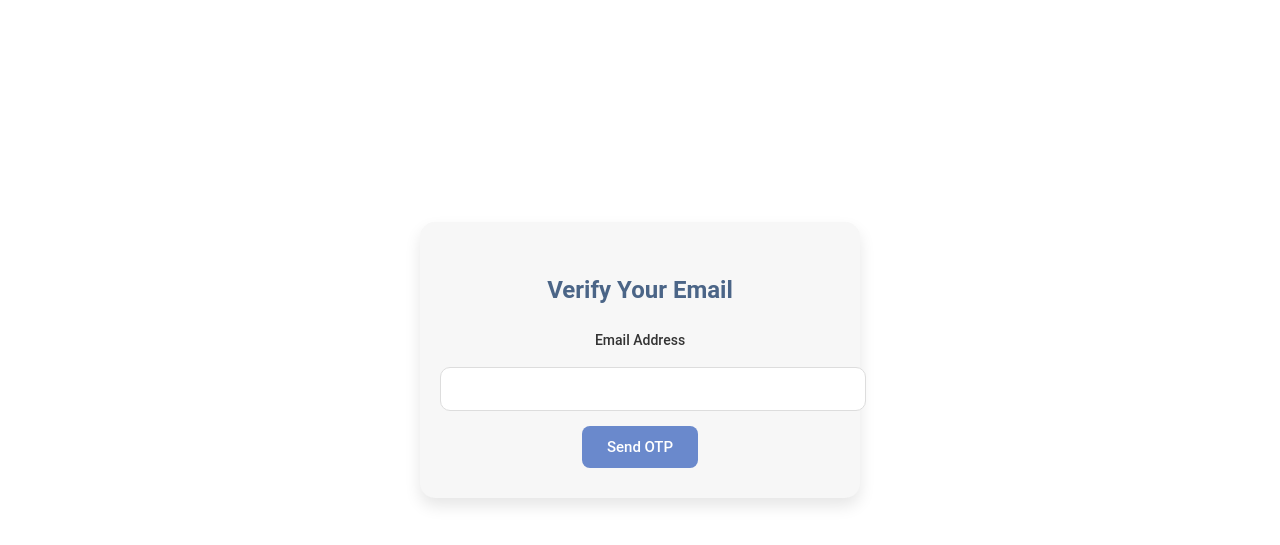
Repository: sarathraj2002/MockTest
Page: / (app in Frontend/)
The author's editor kept a copy of each file at every save. The page is drawn from the files as they stood at one save, then again after the next save.
The browser window is 1280 px wide. The pictures show the whole page.
The project was rebuilt for these pictures with package versions that can differ from the ones it lists, and the page was loaded fresh each time. Also part of the build but not shown: Frontend/vite.config.js.

Above is the page before, as saved 2024-11-13 12:30:00.

### Frontend/index.html
<!doctype html>
<html lang="en">
  <head>
    <meta charset="UTF-8" />
    <link rel="icon" type="image/svg+xml" href="/vite.svg" />
    <meta name="viewport" content="width=device-width, initial-scale=1.0" />
    <title>MockTest</title>
  </head>
  <body>
    <div id="root"></div>
    <script type="module" src="/src/main.jsx"></script>
  </body>
</html>

### Frontend/src/App.jsx
import { useState } from 'react'
import './App.css'
import Otp from './components/Otp'

function App() {
  const [count, setCount] = useState(0)

  return (
    <>
      <Otp/>
    </>
  )
}

export default App

### Frontend/src/components/Otp.jsx
import React, { useState } from "react";
import axios from "axios";

const Otp = () => {
  const [step, setStep] = useState(1);
  const [email, setEmail] = useState("");
  const [otp, setOtp] = useState("");

  const handleEmailSubmit = async (e) => {
    e.preventDefault();
    try {
      const response = await axios.post("http://localhost:5000/api/send-otp", { email });
      if (response.status === 200) {
        alert("OTP sent to your email!");
        setStep(2);
      }
    } catch (error) {
      alert("Error sending OTP. Please try again.");
    }
  };

  const handleOtpSubmit = async (e) => {
    e.preventDefault();
    try {
      const response = await axios.post("http://localhost:5000/verify-otp", { email, otp });
      if (response.data.success) {
        alert("OTP verified! Redirecting to Welcome page...");
        setStep(3);
      } else {
        alert("Invalid OTP. Please try again.");
      }
    } catch (error) {
      alert("Error verifying OTP. Please try again.");
    }
  };

  return (
    <div
      style={{
        maxWidth: "400px",
        margin: "auto",
        padding: "30px 20px",
        textAlign: "center",
        fontFamily: "'Roboto', sans-serif",
        background: "#f7f7f7",
        borderRadius: "15px",
        boxShadow: "0 8px 16px rgba(0, 0, 0, 0.1)",
        color: "#333",
      }}
    >
      {step === 1 && (
        <form onSubmit={handleEmailSubmit}>
          <h2 style={{ marginBottom: "20px", color: "#4B6587" }}>Verify Your Email</h2>
          <label style={{ fontSize: "14px", fontWeight: "500" }}>Email Address</label>
          <input
            type="email"
            value={email}
            onChange={(e) => setEmail(e.target.value)}
            required
            style={{
              width: "100%",
              padding: "12px",
              margin: "15px 0",
              borderRadius: "10px",
              border: "1px solid #ddd",
              outline: "none",
              fontSize: "16px",
            }}
          />
          <button
            type="submit"
            style={{
              padding: "12px 25px",
              cursor: "pointer",
              backgroundColor: "#6a89cc",
              border: "none",
              borderRadius: "8px",
              color: "white",
              fontWeight: "500",
              fontSize: "15px",
              transition: "background 0.3s ease",
            }}
            onMouseOver={(e) => (e.target.style.backgroundColor = "#4a69bd")}
            onMouseOut={(e) => (e.target.style.backgroundColor = "#6a89cc")}
          >
            Send OTP
          </button>
        </form>
      )}

      {step === 2 && (
        <form onSubmit={handleOtpSubmit}>
          <h2 style={{ marginBottom: "20px", color: "#4B6587" }}>Enter OTP</h2>
          <label style={{ fontSize: "14px", fontWeight: "500" }}>OTP Code</label>
          <input
            type="text"
            value={otp}
            onChange={(e) => setOtp(e.target.value)}
            required
            style={{
              width: "100%",
              padding: "12px",
              margin: "15px 0",
              borderRadius: "10px",
              border: "1px solid #ddd",
              outline: "none",
              fontSize: "16px",
            }}
          />
          <button
            type="submit"
            style={{
              padding: "12px 25px",
              cursor: "pointer",
              backgroundColor: "#38ada9",
              border: "none",
              borderRadius: "8px",
              color: "white",
              fontWeight: "500",
              fontSize: "15px",
              transition: "background 0.3s ease",
            }}
            onMouseOver={(e) => (e.target.style.backgroundColor = "#079992")}
            onMouseOut={(e) => (e.target.style.backgroundColor = "#38ada9")}
          >
            Verify OTP
          </button>
        </form>
      )}

      {step === 3 && (
        <div>
          <h2 style={{ marginBottom: "10px", color: "#38ada9" }}>🎉 Welcome! 🎉</h2>
          <p style={{ fontSize: "16px", fontWeight: "500", color: "#4B6587" }}>
            You have successfully verified your email.
          </p>
          <p style={{ fontSize: "14px", color: "#7f8c8d" }}>
            Thank you for using our service!
          </p>
        </div>
      )}
    </div>
  );
};

export default Otp;

Loaded but not shown: Frontend/src/main.jsx (common file); Frontend/src/index.css (common file); Frontend/src/App.css (common file)

After the next save:
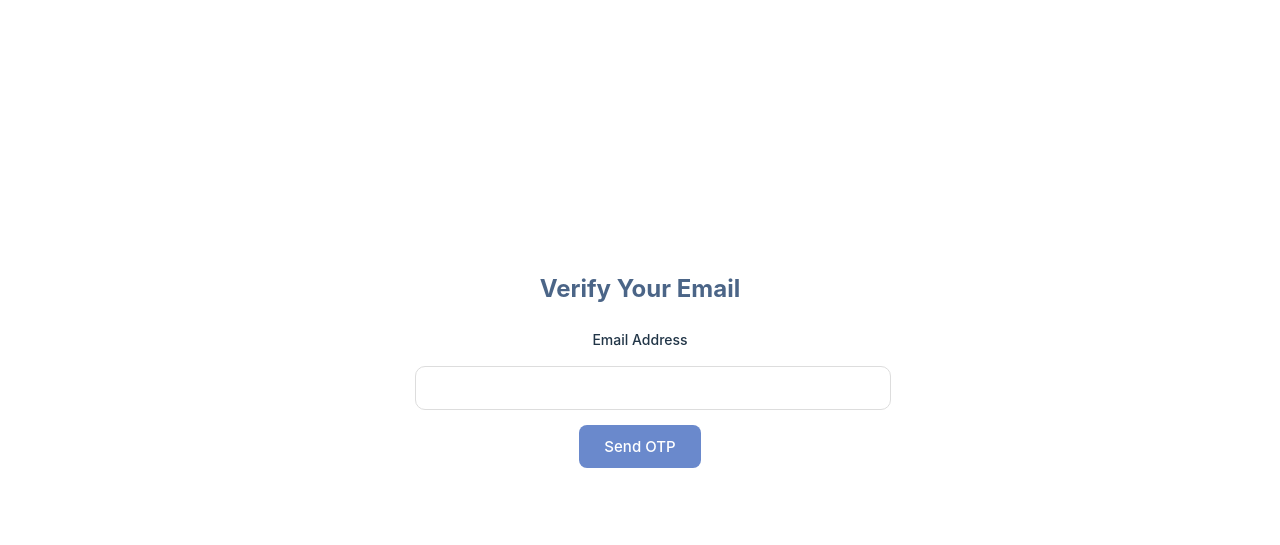
Saved 43 s later.
--- a/Frontend/src/components/Otp.jsx
+++ b/Frontend/src/components/Otp.jsx
@@ -37,15 +37,15 @@
   return (
     <div
       style={{
-        maxWidth: "400px",
-        margin: "auto",
-        padding: "30px 20px",
-        textAlign: "center",
-        fontFamily: "'Roboto', sans-serif",
-        background: "#f7f7f7",
-        borderRadius: "15px",
-        boxShadow: "0 8px 16px rgba(0, 0, 0, 0.1)",
-        color: "#333",
+        // maxWidth: "400px",
+        // margin: "auto",
+        // padding: "30px 20px",
+        // textAlign: "center",
+        // fontFamily: "'Roboto', sans-serif",
+        // background: "#f7f7f7",
+        // borderRadius: "15px",
+        // boxShadow: "0 8px 16px rgba(0, 0, 0, 0.1)",
+        // color: "#333",
       }}
     >
       {step === 1 && (

After the save that followed:
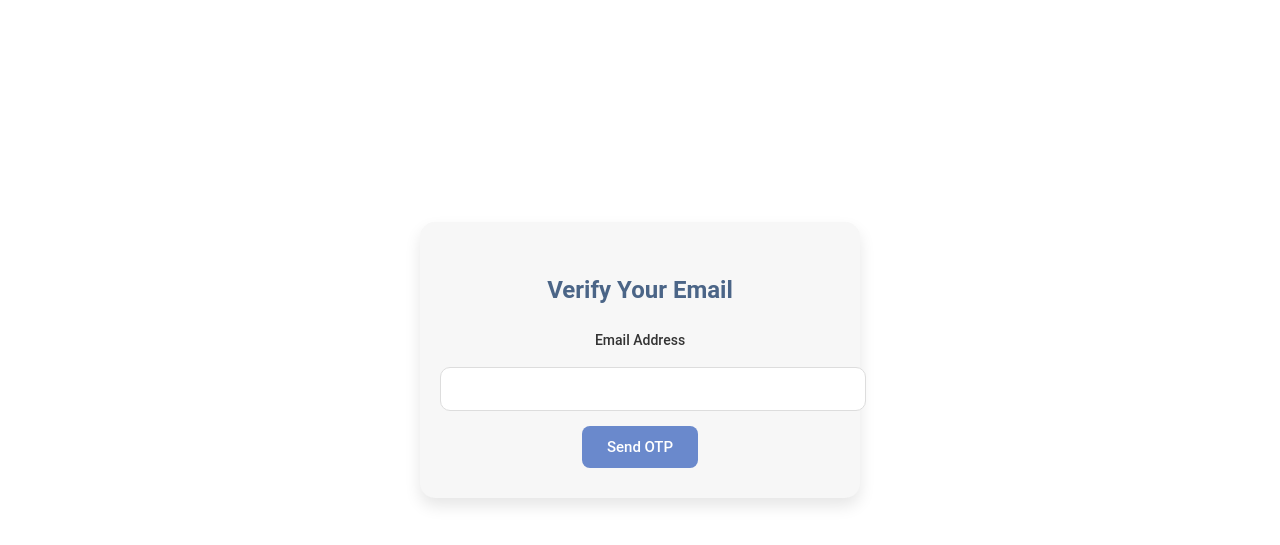
Saved 6 s later.
--- a/Frontend/src/components/Otp.jsx
+++ b/Frontend/src/components/Otp.jsx
@@ -37,15 +37,15 @@
   return (
     <div
       style={{
-        // maxWidth: "400px",
-        // margin: "auto",
-        // padding: "30px 20px",
-        // textAlign: "center",
-        // fontFamily: "'Roboto', sans-serif",
-        // background: "#f7f7f7",
-        // borderRadius: "15px",
-        // boxShadow: "0 8px 16px rgba(0, 0, 0, 0.1)",
-        // color: "#333",
+        maxWidth: "400px",
+        margin: "auto",
+        padding: "30px 20px",
+        textAlign: "center",
+        fontFamily: "'Roboto', sans-serif",
+        background: "#f7f7f7",
+        borderRadius: "15px",
+        boxShadow: "0 8px 16px rgba(0, 0, 0, 0.1)",
+        color: "#333",
       }}
     >
       {step === 1 && (
